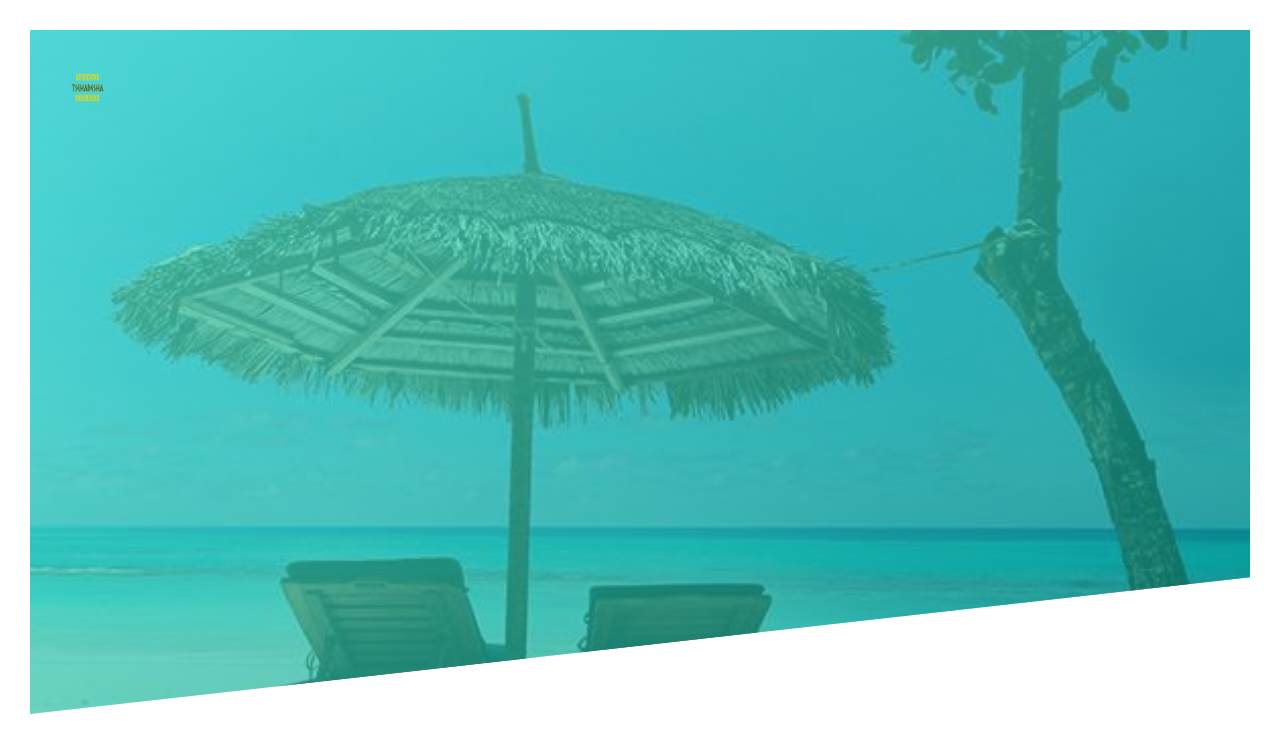
Repository: Azariagmt/tour-and-travel
Page: index.html
An editor plug-in stored every save of this project. The page is shown before and after the next save, followed by the edit.
The browser window is 1280 px wide. The pictures show the whole page.

Above is the page before, as saved 2020-03-24 16:49:52.

After the next save:
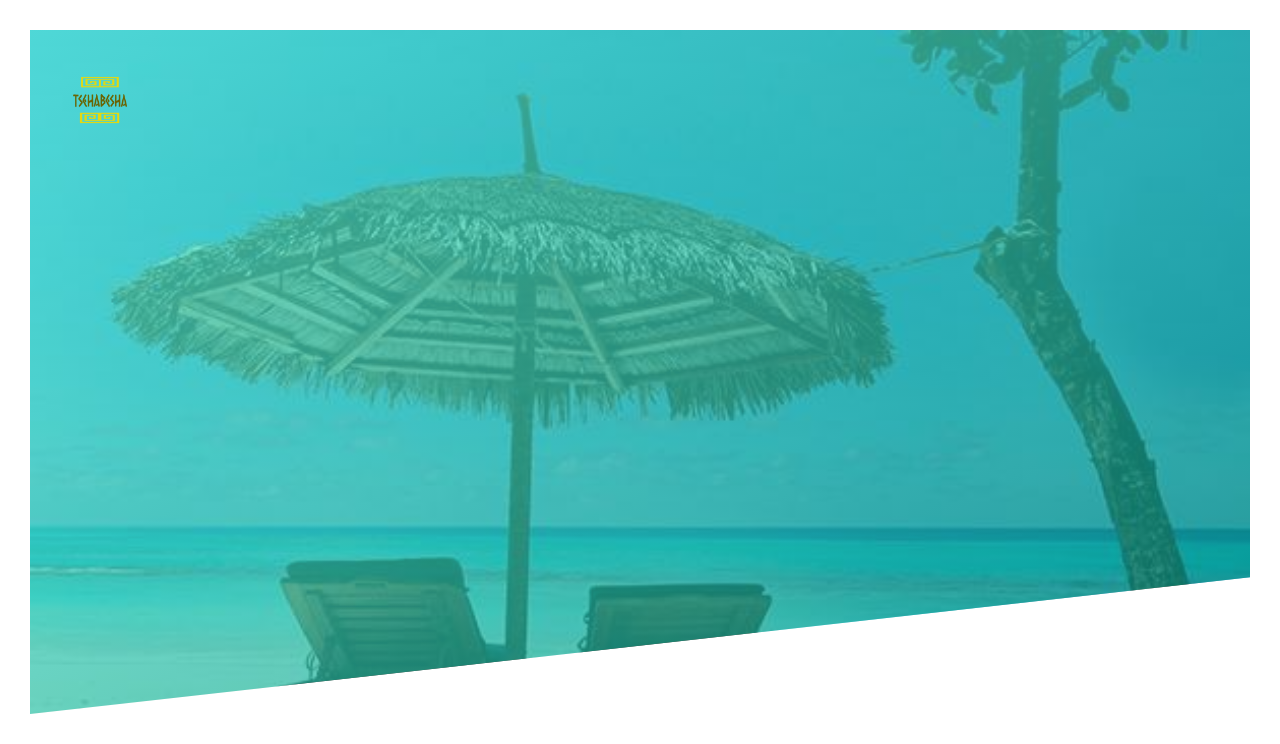
Saved 17 s later.
--- a/css/style.css
+++ b/css/style.css
@@ -30,5 +30,5 @@
 }
 
 .logo {
-  height:35px;
+  height:60px;
 }
